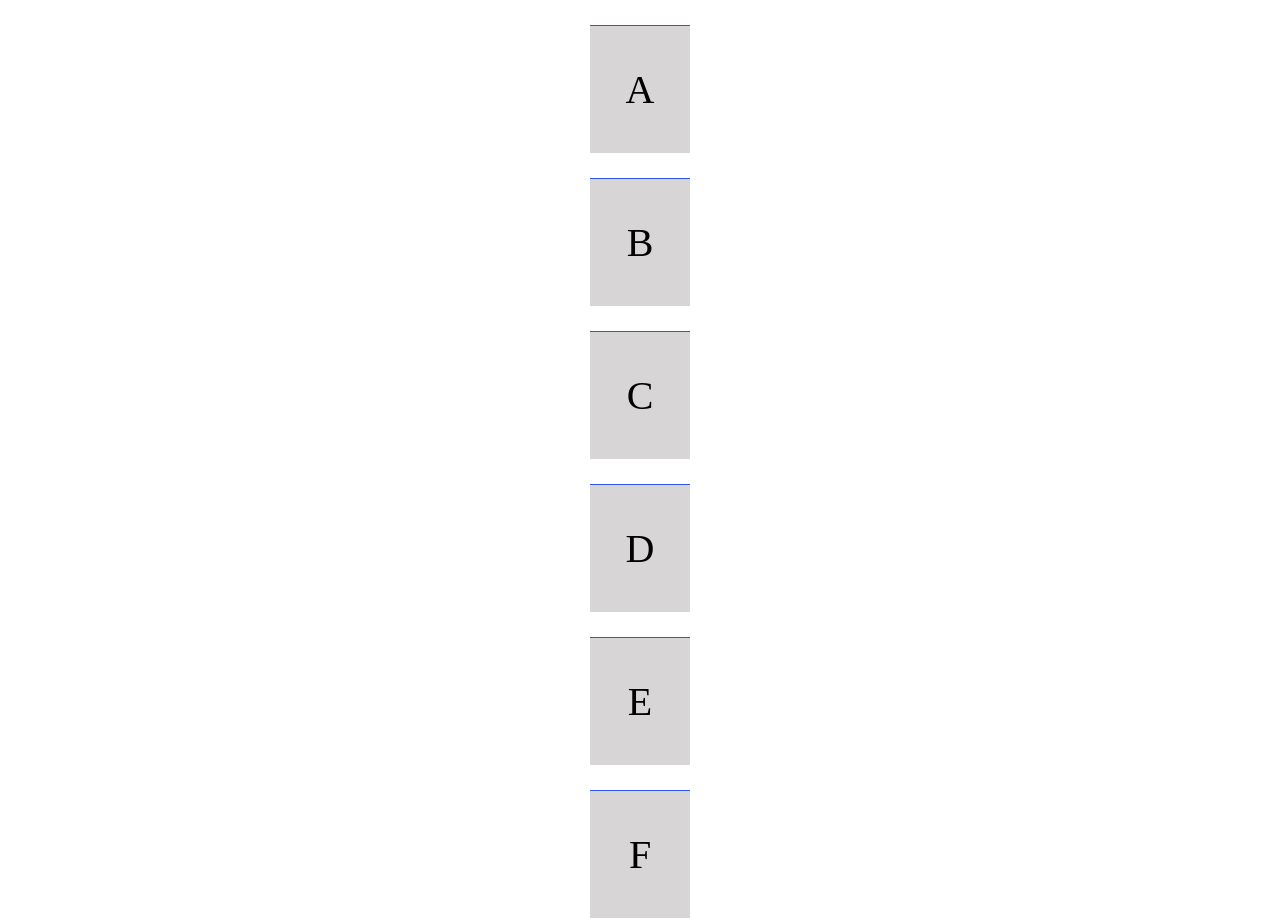
Repository: HoangDuy315/HW_TVK
Page: ex2/index.html
The author's editor kept a copy of each file at every save. The page is drawn from the files as they stood at one save, then again after the next save.
The browser window is 1280 px wide. The pictures show the whole page.

Above is the page before, as saved 2022-10-10 20:48:26.

### ex2/index.html
<html lang="en">
  <head>
    <meta charset="UTF-8" />
    <meta http-equiv="X-UA-Compatible" content="IE=edge" />
    <meta name="viewport" content="width=device-width, initial-scale=1.0" />
    <link rel="stylesheet" href="styleA.css" />
    <title>"CS142Project #1."</title>
  </head>
  <body>
    <div class="square">
      <p class="a">A</p>
    </div>
    <div class="square">
      <p class="b">B</p>
    </div>
    <div class="square">
      <p class="c">C</p>
    </div>
    <div class="square">
      <p class="d">D</p>
    </div>
    <div class="square">
      <p class="e">E</p>
    </div>
    <div class="squares">
      <p class="f">F</p>
    </div>
  </body>
</html>

### ex2/styleA.css
body {
  flex-direction: column;
  margin: auto;
  display: flex;
  align-items: center;
  font-size: 22px;
}

.square {
  margin: auto;
  min-height: 100px;
  min-width: 100px;
  border-top: 1px solid rgb(47, 85, 235);
  background-color: rgb(215, 213, 213);
  margin-top: 25px;
}

.a {
  font-size: 40px;
  text-align: center;
}
.b {
  font-size: 40px;
  text-align: center;
}

.c {
  font-size: 40px;
  text-align: center;
}

.d {
  font-size: 40px;
  text-align: center;
}

.e {
  font-size: 40px;
  text-align: center;
}

.f {
  font-size: 40px;
  text-align: center;
}

.squares {
  margin: auto;
  min-height: 100px;
  min-width: 100px;
  border-top: 1px solid rgb(47, 85, 235);
  background-color: rgb(215, 213, 213);
  margin-top: 25px;
}

After the next save:
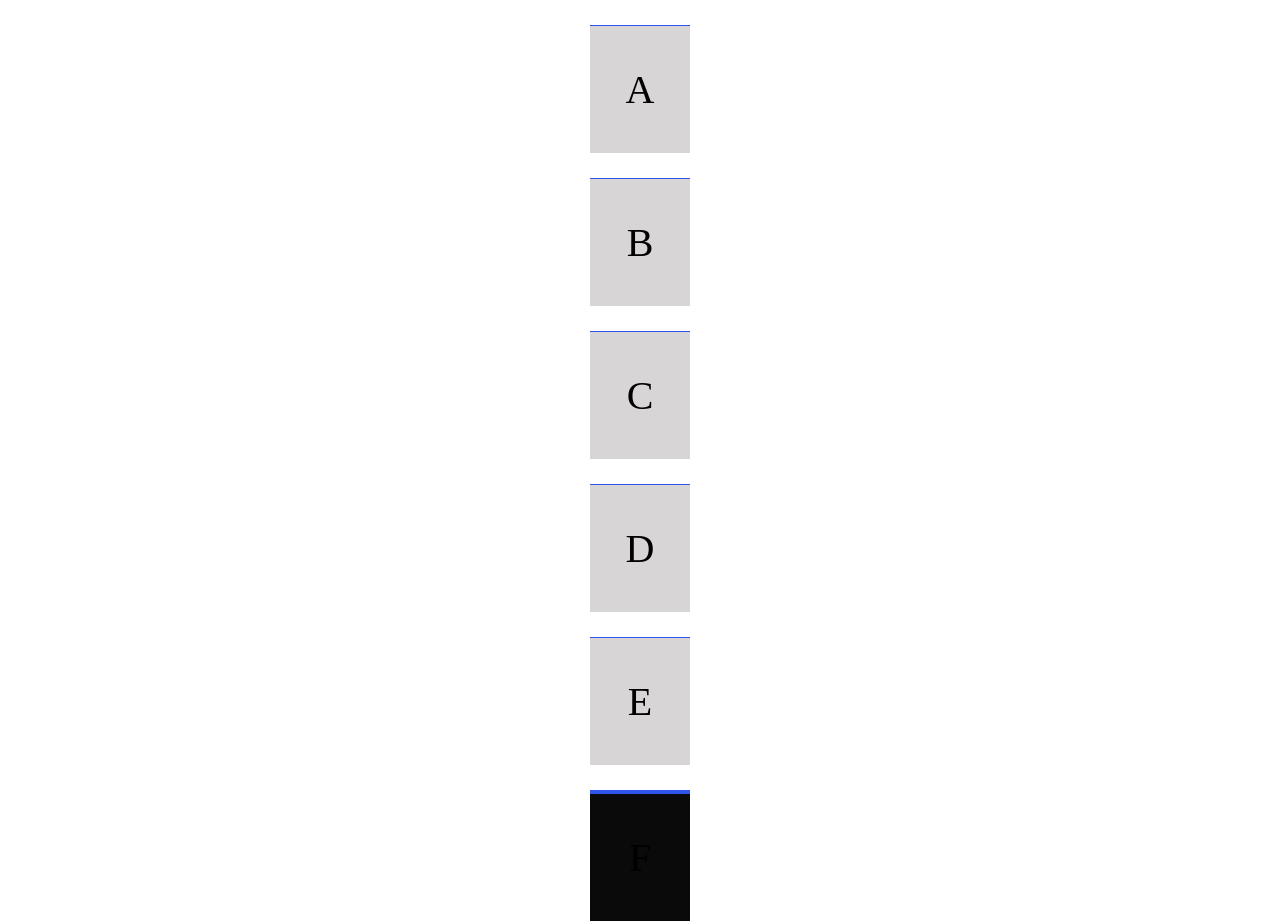
Saved 13 s later.
--- a/ex2/styleA.css
+++ b/ex2/styleA.css
@@ -48,7 +48,7 @@
   margin: auto;
   min-height: 100px;
   min-width: 100px;
-  border-top: 1px solid rgb(47, 85, 235);
-  background-color: rgb(215, 213, 213);
+  border-top: 4px solid rgb(47, 85, 235);
+  background-color: rgb(11, 10, 10);
   margin-top: 25px;
 }
